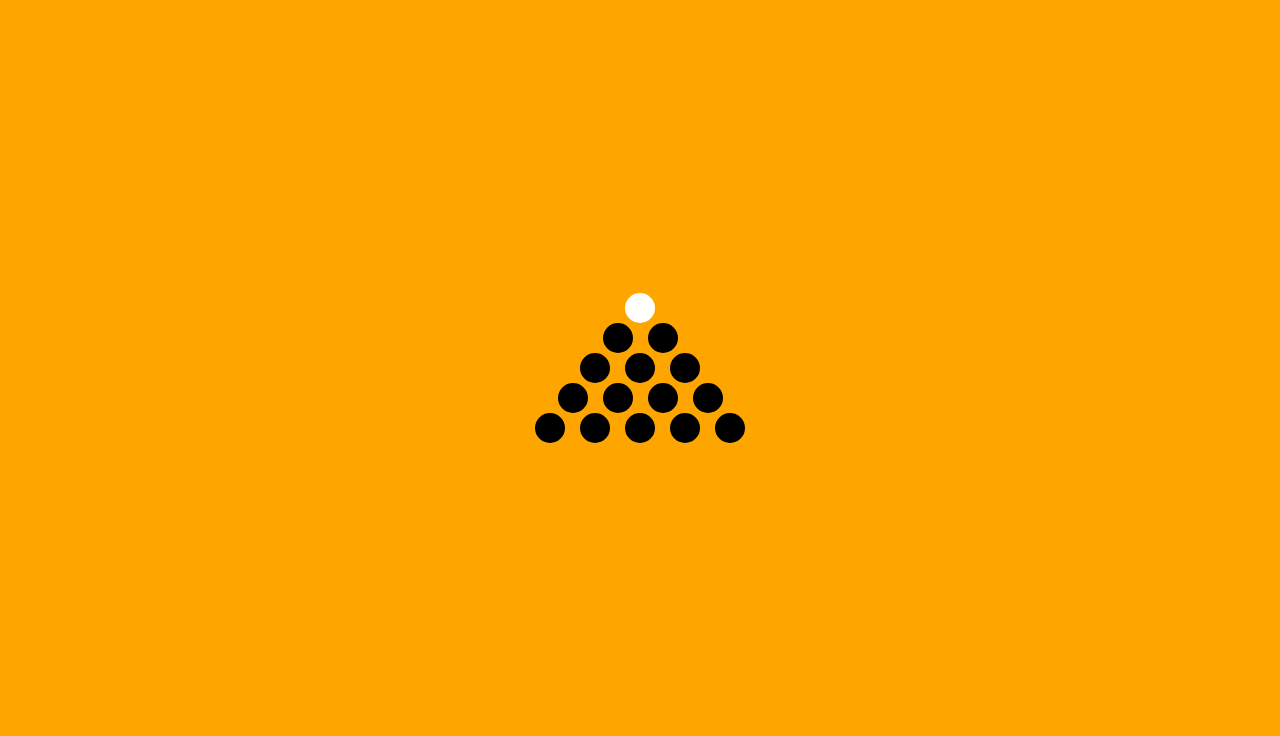
Repository: Yash19075/Mathematical-Peg-game
Page: Peg-game.html
An editor plug-in stored every save of this project. The page is shown before and after the next save, followed by the edit.
The browser window is 1280 px wide. The pictures show the whole page.

Above is the page before, as saved 2025-03-16 15:26:34.

After the next save:
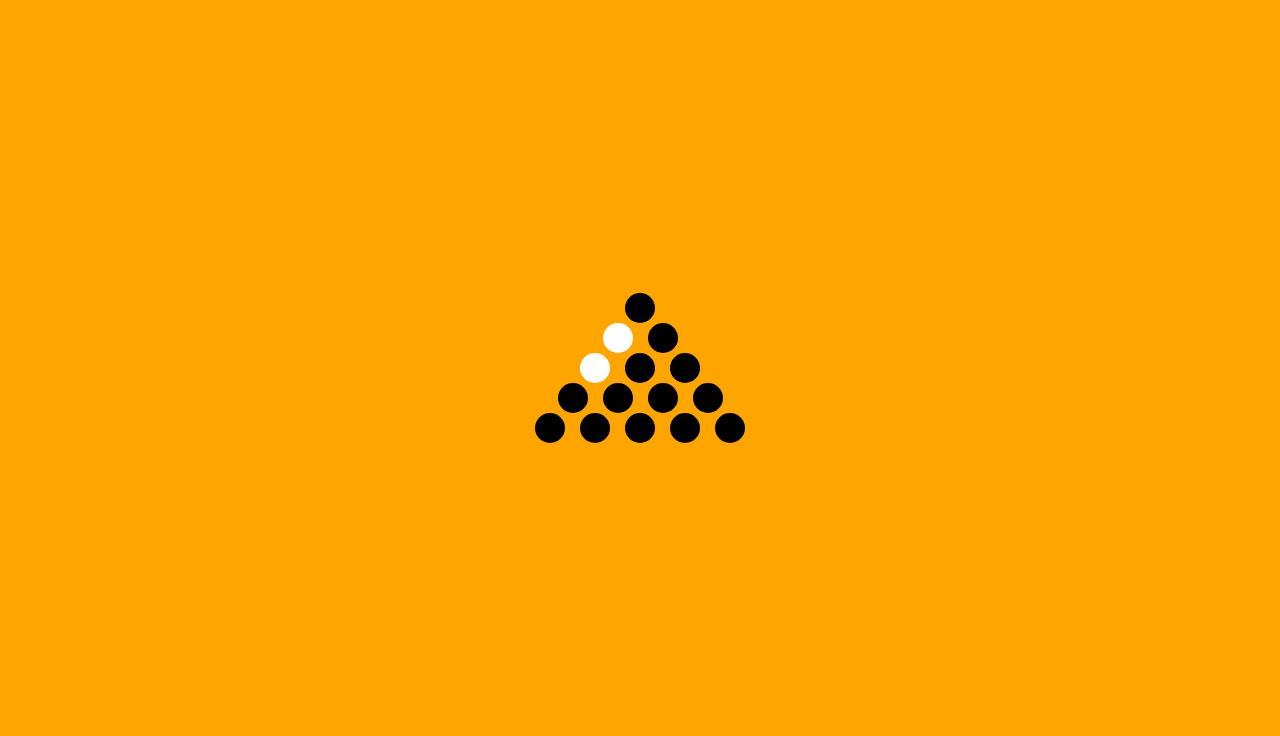
Saved 3 min 26 s later.
--- a/Peg-game.js
+++ b/Peg-game.js
@@ -1,7 +1,7 @@
 let peg = [
-    [0],
-    [1,1],
-    [1,1,1],
+    [1],
+    [0,1],
+    [0,1,1],
     [1,1,1,1],
     [1,1,1,1,1]
 ];
